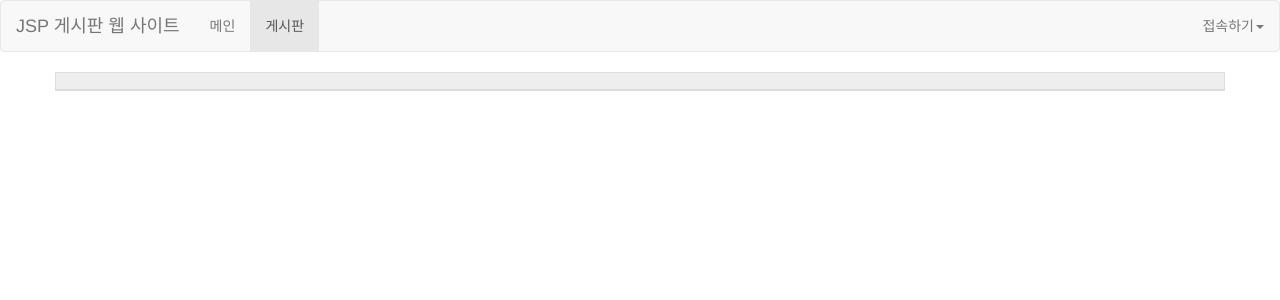
Repository: winter9388/JSP_BBS
Page: http://localhost/BBS/퍋ㅈ.jsp
These files come from the project's save history. The page is drawn as it stood at one moment and after the next save; the edit follows.
The browser window is 1280 px wide. The pictures show the whole page.
Some web libraries are served in a nearby version. The page is served by Tomcat 9. Other server files are loaded and not shown.

Above is the page before, as saved 2022-08-12 12:02:17.

### BBS/src/main/webapp/퍋ㅈ.jsp
<%@ page language="java" contentType="text/html; charset=UTF-8"
    pageEncoding="UTF-8"%>
<%@ page import="java.io.PrintWriter" %>
<!DOCTYPE html>
<html>
<head>
<meta charset="UTF-8">
<meta name="viewport" content="width=device-width", initial-scale="1">
<link rel="stylesheet" href="css/bootstrap.css">
<title>JSP 게시판 웹 사이트</title>
</head>
<body>
	<%
		String userID = null;
		if(session.getAttribute("userID") != null){ // 세션값이 존재하면
			userID = (String)session.getAttribute("userID"); // userID에 새션값을 입력
		}
	%>
	<nav class="navbar navbar-default">
		<div class="navbar-header">
			<button type="button" class="navbar-toggle collapsed"
				data-toggle="collapse" data-target="#bs-example-navbar-collapse-1"
				aria-expended="false">
				<span class="icon-bar"></span>
				<span class="icon-bar"></span>
				<span class="icon-bar"></span>
			</button>
			<a class="navbar-brand" href="main.jsp">JSP 게시판 웹 사이트</a>
		</div>
		<div class="collapse navbar-collapse" id="bs-example-navbar-collapse-1"
			aria-expended="false">
			<ul class="nav navbar-nav">
				<li><a href="main.jsp">메인</a></li>
				<li class="active"><a href="bbs.jsp">게시판</a></li>
			</ul>

			<%
				if(userID == null){ //세션이 없는경우 (로그인 되있지 않은 경우)만 아래 항목들을 보여줌
			%>
			<ul class="nav navbar-nav navbar-right">
				<li class="dropdown">
					<a href="#" class="dropdown-toggle"
						data-toggle="dropdown" role="button" aria-haspopup="true"
						aria-expanded="false">접속하기<span class="caret"></span></a>
					<ul class="dropdown-menu">
						<li><a href="login.jsp">로그인</a></li>
						<li><a href="join.jsp">회원가입</a></li>
					</ul>
				</li>
			</ul>
			<%
				} else {
			%>
			<ul class="nav navbar-nav navbar-right">
				<li class="dropdown">
					<a href="#" class="dropdown-toggle"
						data-toggle="dropdown" role="button" aria-haspopup="true"
						aria-expanded="false">회원관리<span class="caret"></span></a>
					<ul class="dropdown-menu">
						<li><a href="logoutAction.jsp">로그아웃</a></li>
					</ul>
				</li>
			</ul>
			<%
				}
			%>
		</div>
	</nav>

	<!--  -->
	<div class="container">
		<div class="row">
			<table class="table table-striped" style="text-align: center; border: 1px solid #dddddd"> <!-- table-striped -> 테이블의 짝수 홀수 열 구분 -->
				<thead>
					<tr>
						<th style="background-color: #eeeeee; text-align: center"></th>
					</tr>
				</thead>
			</table>
		</div>
	</div>

	<script src="https://code.jquery.com/jquery-3.1.1.min.js"></script>
	<script src="js/bootstrap.js"></script>
</body>
</html>

Loaded but not shown: BBS/src/main/webapp/css/bootstrap.css (library); BBS/src/main/webapp/js/bootstrap.js (library)

After the next save:
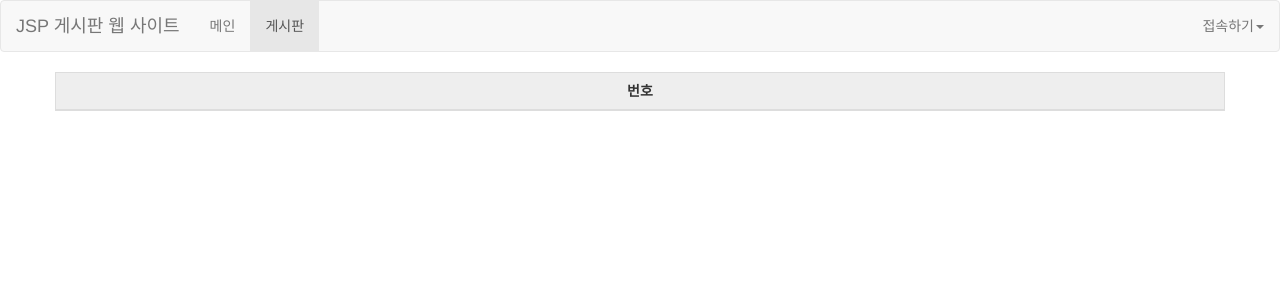
Saved 8 s later.
--- a/BBS/src/main/webapp/퍋ㅈ.jsp
+++ b/BBS/src/main/webapp/퍋ㅈ.jsp
@@ -73,7 +73,7 @@
 			<table class="table table-striped" style="text-align: center; border: 1px solid #dddddd"> <!-- table-striped -> 테이블의 짝수 홀수 열 구분 -->
 				<thead>
 					<tr>
-						<th style="background-color: #eeeeee; text-align: center"></th>
+						<th style="background-color: #eeeeee; text-align: center">번호</th>
 					</tr>
 				</thead>
 			</table>
